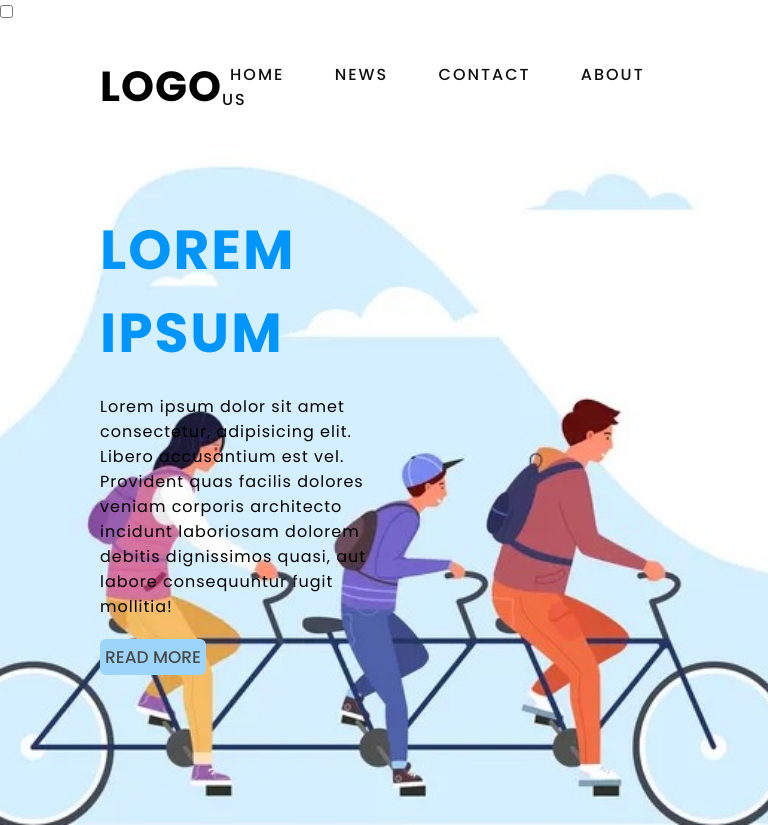
Repository: nganha241/1806
Page: index.html
These files come from the project's save history. The page is drawn as it stood at one moment and after the next save; the edit follows.
The browser window is 768 px wide. The pictures show the whole page.
Some web libraries are served in a nearby version.

Above is the page before, as saved 2022-06-18 16:13:38.

After the next save:
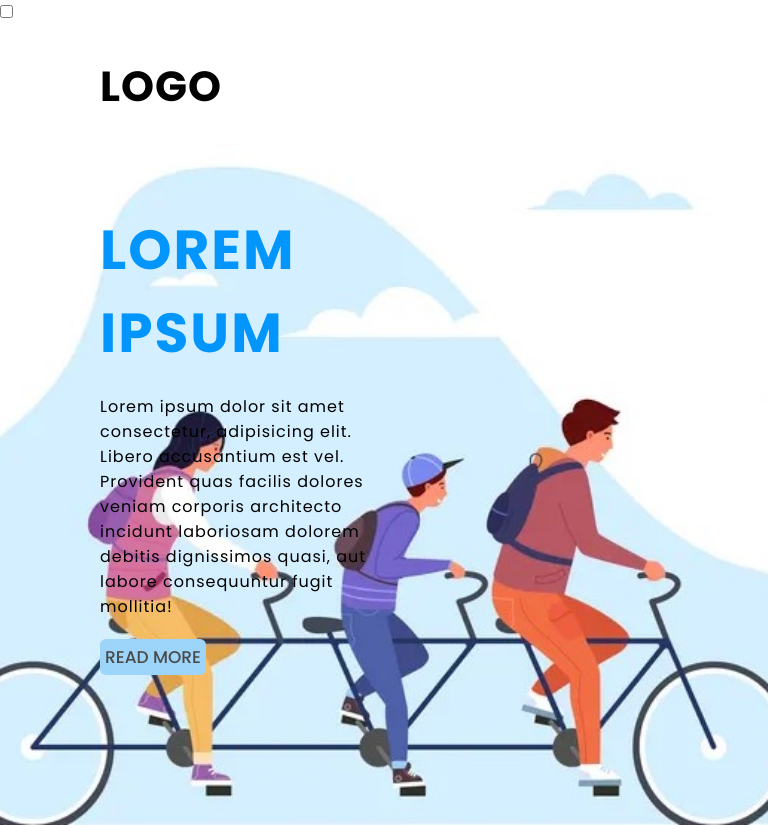
Saved 12 s later.
--- a/style.css
+++ b/style.css
@@ -107,5 +107,7 @@ label {
 }
 
 @media (max-width: 960px) {
-
+    header .navigation {
+        display: none;
+    }
 }
